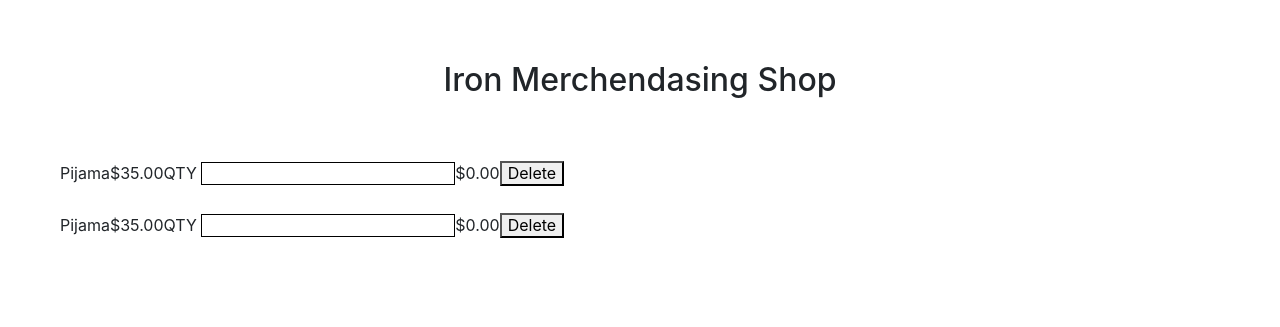
Repository: konstantin0s/lab-cart-DOM
Page: index.html
The author's editor kept a copy of each file at every save. The page is drawn from the files as they stood at one save, then again after the next save.
The browser window is 1280 px wide. The pictures show the whole page.
Some web libraries are served in a nearby version.

Above is the page before, as saved 2019-02-03 09:12:08.
Console error: TypeError: Cannot read properties of null (reading 'addEventListener')

After the next save:
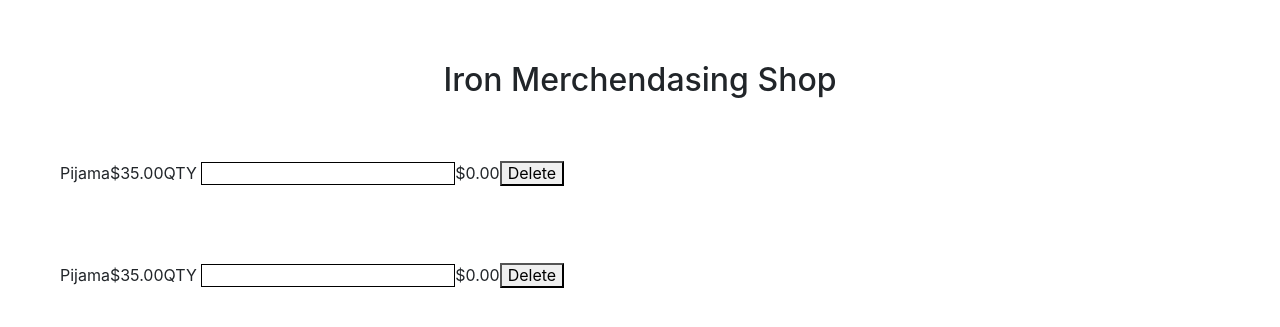
Saved 17 s later.
--- a/css/style.css
+++ b/css/style.css
@@ -54,7 +54,7 @@ input {
   display: flex;
   flex-direction: row;
   /* justify-content: space-between; */
-  margin: 20px 60px 10px 60px;
+  margin: 20px 60px 70px 60px;
 }
 
 .cost-1 {
